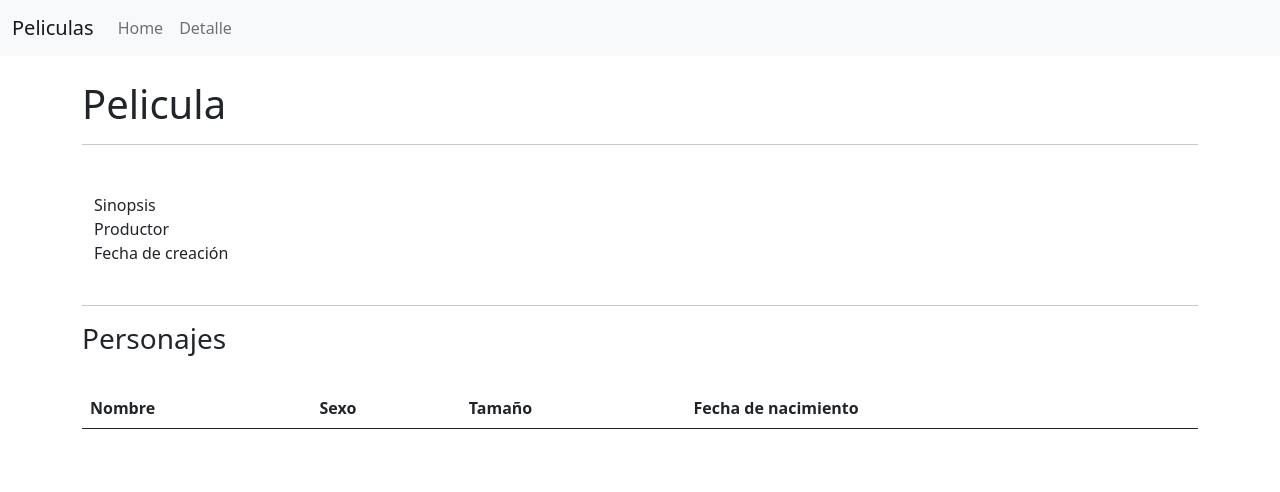
Repository: BrandoCarquinMendocilla/catalogo_peliculas
Page: http://localhost/detalle
These files come from the project's save history. The page is drawn as it stood at one moment and after the next save; the edit follows.
The browser window is 1280 px wide. The pictures show the whole page.
The page is this project's Thymeleaf template; nobody is signed in. The template is opened directly, without the code that normally fills it, so the values that code supplies are empty.

Above is the page before, as saved 2022-06-17 05:18:51.

### pelis-catalogo/src/main/resources/templates/detalle.html
<!DOCTYPE html>
<html lang="es" xmlns:th="http://www.thymeLeaf.org">

<head>
	<meta charset="UTF-8">
	<title>Peliculas</title>
	<link href="https://cdn.jsdelivr.net/npm/bootstrap@5.0.2/dist/css/bootstrap.min.css" rel="stylesheet"
		integrity="sha384-EVSTQN3/azprG1Anm3QDgpJLIm9Nao0Yz1ztcQTwFspd3yD65VohhpuuCOmLASjC" crossorigin="anonymous">
</head>

<body>
	<nav class="navbar navbar-expand-lg navbar-light bg-light">
		<div class="container-fluid">
			<a class="navbar-brand" href="/">Peliculas</a>
			<button class="navbar-toggler" type="button" data-toggle="collapse" data-target="#navbarNav"
				aria-controls="navbarNav" aria-expanded="false" aria-label="Toggle navigation">
				<span class="navbar-toggler-icon"></span>
			</button>
			<div class="collapse navbar-collapse" id="navbarNav">
				<ul class="navbar-nav me-auto mb-2 mb-lg-0">
					<li class="nav-item active">
						<a class="nav-link" href="/">Home</a>
					</li>
					<br>
					<li class="nav-item">
						<a class="nav-link" href="#">Detalle</a>
					</li>
				</ul>
			</div>
		</div>
	</nav>
	<div class="container">
		<br>
		<h1>Pelicula</h1>
		<hr>
		<div style="display: flex; flex-grow: initial;">
			<h3 style="padding-right: 30px; " th:text="${detalle.title}"></h3>
		</div><br>
		<!-- Creacion de las tablas productos con Boostrap -->
		<div class="container">
			<div class="row">
				<div class="col">Sinopsis</div>
				<div class="col" th:text="${detalle.opening_crawl}"></div>
			</div>
			<div class="row">
				<div class="col">Productor</div>
				<div class="col" th:text="${detalle.producer}"></div>
			</div>
			<div class="row">
				<div class="col">Fecha de creación</div>
				<div class="col" th:text="${detalle.release_date}"></div>
			</div>

		</div>

	</div>

	<div class="container">
		<br>
		<hr>
		<div style="display: flex; flex-grow: initial;">
			<h3 style="padding-right: 30px; ">Personajes</h3>
		</div><br>
		<!-- Creacion de las tablas productos con Boostrap -->
		<table class="table table-striped table-hover">
			<thead>
				<tr>
					<th scope="col">Nombre</th>
					<th scope="col">Sexo</th>
					<th scope="col">Tamaño</th>
					<th scope="col">Fecha de nacimiento</th>
				</tr>
			</thead>
			<tbody>
				<tr th:each="per:${personajes}">
					<td scope="row" th:text="${per.name}"></td>
					<td th:text="${per.gender}"></td>
					<td th:text="${per.height}"></td>
					<td th:text="${per.birth_year}"></td>
					</td>
				</tr>
			</tbody>
		</table>
	</div>
</body>

</html>

After the next save:
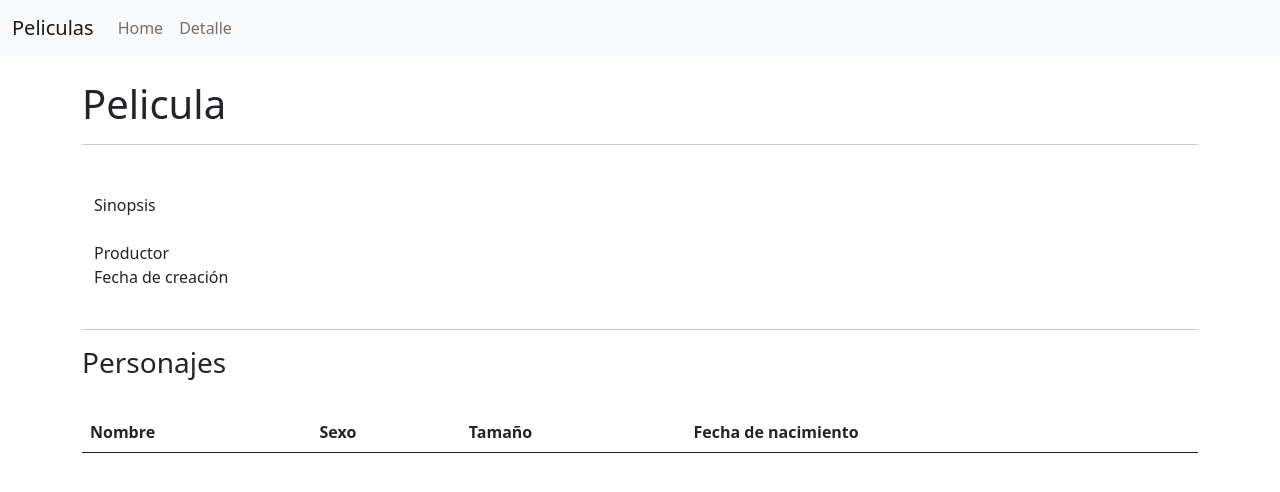
Saved 22 s later.
--- a/pelis-catalogo/src/main/resources/templates/detalle.html
+++ b/pelis-catalogo/src/main/resources/templates/detalle.html
@@ -21,7 +21,6 @@
 					<li class="nav-item active">
 						<a class="nav-link" href="/">Home</a>
 					</li>
-					<br>
 					<li class="nav-item">
 						<a class="nav-link" href="#">Detalle</a>
 					</li>
@@ -42,6 +41,7 @@
 				<div class="col">Sinopsis</div>
 				<div class="col" th:text="${detalle.opening_crawl}"></div>
 			</div>
+					<br>
 			<div class="row">
 				<div class="col">Productor</div>
 				<div class="col" th:text="${detalle.producer}"></div>
